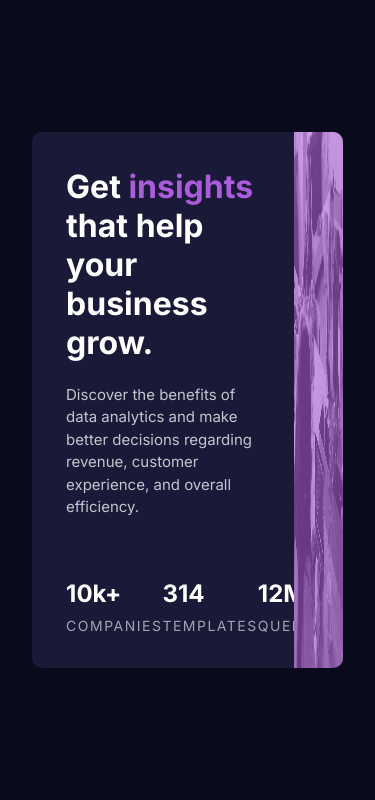
Repository: keisewarsame/stats-preview-frontendmentor
Page: index.html
An editor plug-in stored every save of this project. The page is shown before and after the next save, followed by the edit.
The browser window is 375 px wide. The pictures show the whole page.

Above is the page before, as saved 2022-07-12 14:21:06.

### index.html
<!DOCTYPE html>
<html lang="en">
<head>
  <meta charset="UTF-8">
  <meta name="viewport" content="width=device-width, initial-scale=1.0"> <!-- displays site properly based on user's device -->
  <link rel="icon" type="image/png" sizes="32x32" href="./images/favicon-32x32.png">
  <link rel="stylesheet" href="styles.css">
  <title>Frontend Mentor | Stats preview card component</title>
</head>
<body>
    <div class="container">
        <div class="wrapper">
            <div class="text-component">
                <h1 class="title">Get <span>insights</span> that help your business grow.</h1>
                <p class="subtitle">Discover the benefits of data analytics and make better decisions regarding revenue, customer experience, and overall efficiency.</p>
                <div class="stats-component">
                    <div>
                        <p class="num">10k+</p>
                        <p class="stats-sub">Companies</p>
                    </div>
                    <div>
                        <p class="num">314</p>
                        <p class="stats-sub">Templates</p>
                    </div>
                    <div>
                        <p class="num">12M+</p>
                        <p class="stats-sub">Queries</p>
                    </div>
                </div>
            </div>
            <div class="image-component">
                <img src="/images/image-header-desktop.jpg" alt="">
            </div>
        </div>
    </div>
</body>
</html>

### styles.css
@import url('https://fonts.googleapis.com/css2?family=Inter:wght@400;700&family=Lexend+Deca&display=swap');

* {
    margin: 0;
    padding: 0;
}

body {
    font-family: 'Inter', sans-serif;
    display: flex;
    align-items: center;
    min-height: 100vh;
    background-color: hsl(233, 47%, 7%);
}

.container {
    margin: 0 auto;
    max-width: 1040px;
}

.wrapper {
    background-color: hsl(244, 38%, 16%);
    display: grid;
    grid-template-columns: 1fr 1fr;
    border-radius: 10px;
    overflow: hidden;
    margin: 2rem;
}

.text-component {
    padding: 13%;
    font-family: 'Inter', sans-serif;
}

.title {
    color: hsl(0, 0%, 100%);
    padding-bottom: 22px;
    font-weight: 700;
}

.title span {
    color: hsl(277, 64%, 61%)
}

.subtitle {
    color: hsla(0, 0%, 100%, 0.75);
    line-height: 1.5;
    font-size: 15px;
}

.stats-component {
    display: flex;
    justify-content: space-between;
    padding-top: 60px;
}

.num {
    color: hsl(0, 0%, 100%);
    font-weight: 700;
    font-size: 24px;
    margin-bottom: 9px
}

.stats-sub {
    text-transform: uppercase;
    color: hsla(0, 0%, 100%, 0.6);
    font-size: 14px;
    letter-spacing: 1.5px;
}



.image-component {
    position: relative;
}

img {
    height: 100%;
    width: 100%;
}

.image-component::after {
    position: absolute;
    content: '';
    height: 100%;
    width: 100%;
    top: 0;
    right: 0;
    background-color: hsla(277, 64%, 61%, 0.6);;
}

@media screen and (max-width: 425px;) {
    body {
        text-align: center;
    }

    .wrapper {
        grid-template-columns: 1fr;
    }

    .image-component {
        order: -1;
    }

    .text-component {
        padding: 12% 8%;
    }

    .title {
        font-size: 23px;
        line-height: 1.4;
    }

    .stats-component {
        flex-direction: column;
        padding-top: 30px;
    }

    .stats-component div {
        margin-top: 20px;
    }
}

After the next save:
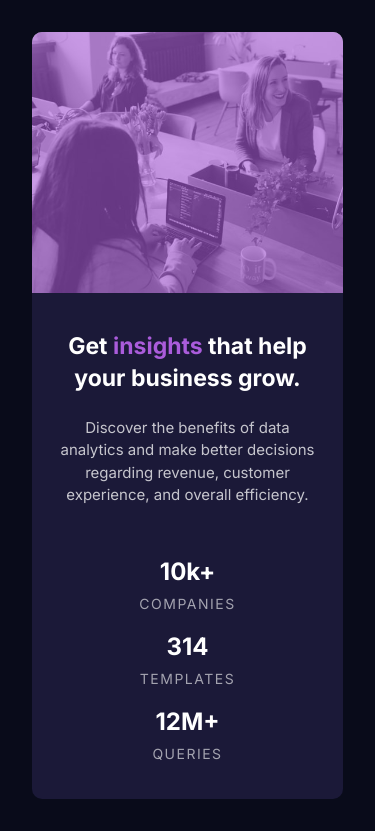
Saved 101 s later.
--- a/styles.css
+++ b/styles.css
@@ -89,7 +89,7 @@
     background-color: hsla(277, 64%, 61%, 0.6);;
 }
 
-@media screen and (max-width: 425px;) {
+@media screen and (max-width: 425px) {
     body {
         text-align: center;
     }

After the save that followed:
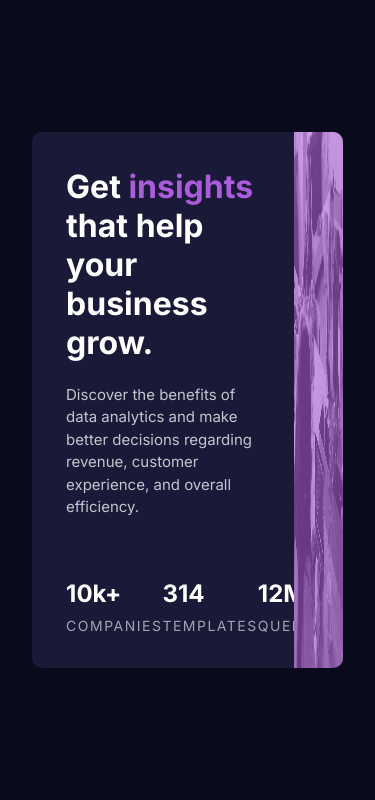
Saved 12 s later.
--- a/styles.css
+++ b/styles.css
@@ -89,11 +89,10 @@
     background-color: hsla(277, 64%, 61%, 0.6);;
 }
 
-@media screen and (max-width: 425px) {
+@media screen (max-width: 425px;) {
     body {
         text-align: center;
     }
-
     .wrapper {
         grid-template-columns: 1fr;
     }
@@ -101,22 +100,4 @@
     .image-component {
         order: -1;
     }
-
-    .text-component {
-        padding: 12% 8%;
-    }
-
-    .title {
-        font-size: 23px;
-        line-height: 1.4;
-    }
-
-    .stats-component {
-        flex-direction: column;
-        padding-top: 30px;
-    }
-
-    .stats-component div {
-        margin-top: 20px;
-    }
 }
